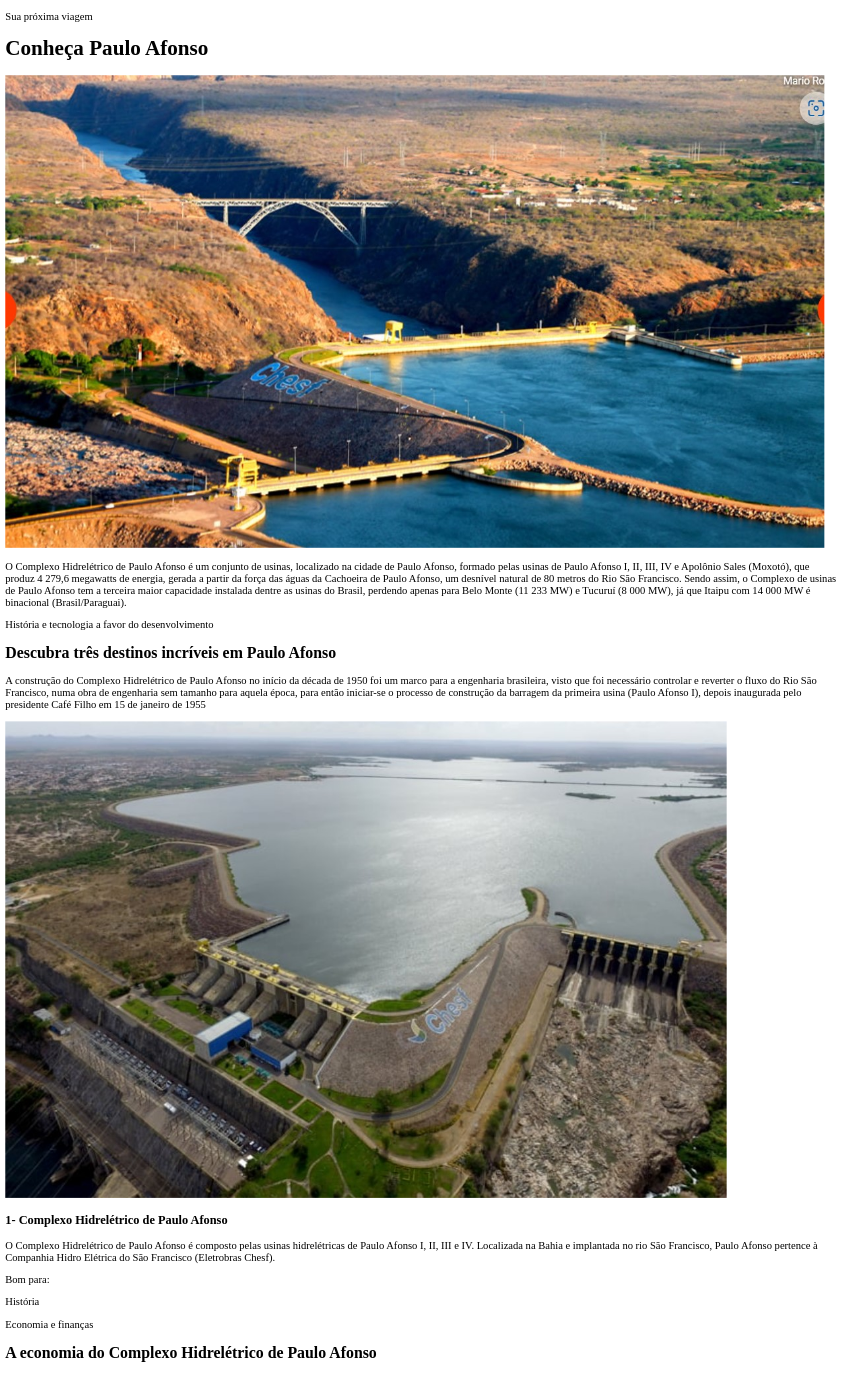
Repository: JeffRodFer/testeGitXGithub
Page: index.html
These files come from the project's save history. The page is drawn as it stood at one moment and after the next save; the edit follows.
The browser window is 1280 px wide. The pictures show the whole page, at 66% of full size.

Above is the page before, as saved 2025-03-15 18:45:15.

### index.html
<!DOCTYPE html>
<html lang="pt-br">
<head>
    <meta charset="UTF-8">
    <meta name="viewport" content="width=device-width, initial-scale=1.0">
    <title>Local Turístico</title>
</head>
<body>
    <main>
        <div>
            <p>Sua próxima viagem</p>
            <h1>Conheça Paulo Afonso</h1>
            <section>
                <img src="assets/main.jpg" alt="visão geral da hidroelêtrica">
                <p>O Complexo Hidrelétrico de Paulo Afonso é um conjunto de usinas, localizado na cidade de Paulo Afonso, formado pelas usinas de Paulo Afonso I, II, III, IV e Apolônio Sales (Moxotó), que produz 4 279,6 megawatts de energia, gerada a partir da força das águas da Cachoeira de Paulo Afonso, um desnível natural de 80 metros do Rio São Francisco. Sendo assim, o Complexo de usinas de Paulo Afonso tem a terceira maior capacidade instalada dentre as usinas do Brasil, perdendo apenas para Belo Monte (11 233 MW) e Tucuruí (8 000 MW), já que Itaipu com 14 000 MW é binacional (Brasil/Paraguai). </p>
            </section>
            <section>
                    <p>História e tecnologia a favor do desenvolvimento</p>
                    <h2>Descubra três destinos incríveis em Paulo Afonso</h2>
                    <p>
                    A construção do Complexo Hidrelétrico de Paulo Afonso no início da década de 1950 foi um marco para a engenharia brasileira, visto que foi necessário controlar e reverter o fluxo do Rio São Francisco, numa obra de engenharia sem tamanho para aquela época, para então iniciar-se o processo de construção da barragem da primeira usina (Paulo Afonso I), depois inaugurada pelo presidente Café Filho em 15 de janeiro de 1955
                     </p>
                    <img src="assets/hidroele.jpg" alt="hidroelêtrica">
                    <h3>1- Complexo Hidrelétrico de Paulo Afonso</h3>
                    <p>
                     O Complexo Hidrelétrico de Paulo Afonso é composto pelas usinas hidrelétricas de Paulo Afonso I, II, III e IV. Localizada na Bahia e implantada no rio São Francisco, Paulo Afonso pertence à Companhia Hidro Elétrica do São Francisco (Eletrobras Chesf).
                    </p>
                    <P>Bom para:</P>
                    <p>História</p>
            </section>
            <section>
                <p>Economia e finanças</p>
                <h2>A economia do Complexo Hidrelétrico de Paulo Afonso</h2>
            </section>

        </div>
    </main>
</body>
</html>

After the next save:
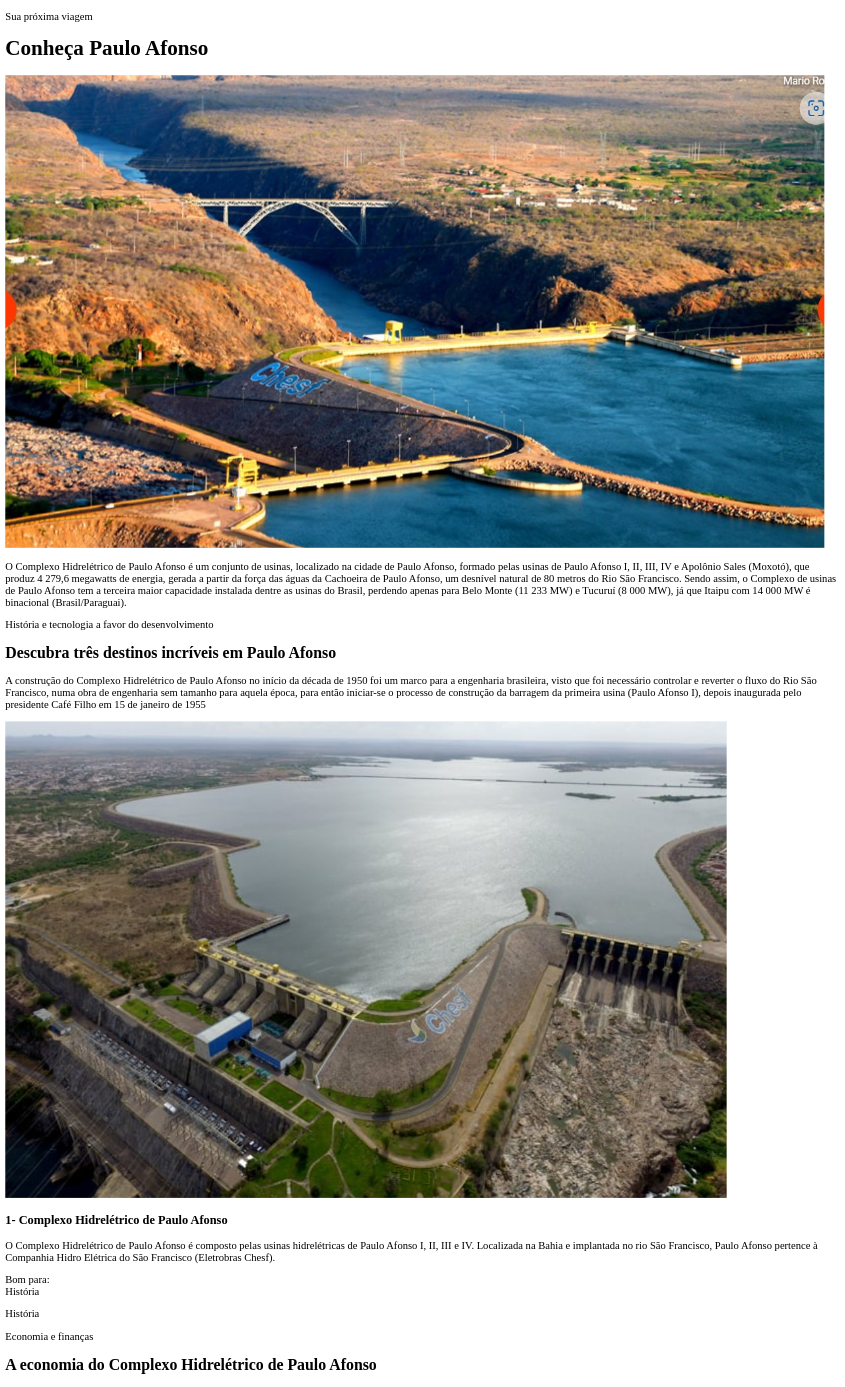
Saved 51 s later.
--- a/index.html
+++ b/index.html
@@ -25,7 +25,8 @@
                     <p>
                      O Complexo Hidrelétrico de Paulo Afonso é composto pelas usinas hidrelétricas de Paulo Afonso I, II, III e IV. Localizada na Bahia e implantada no rio São Francisco, Paulo Afonso pertence à Companhia Hidro Elétrica do São Francisco (Eletrobras Chesf).
                     </p>
-                    <P>Bom para:</P>
+                    <P>Bom para: <br>
+                        História</P>
                     <p>História</p>
             </section>
             <section>
